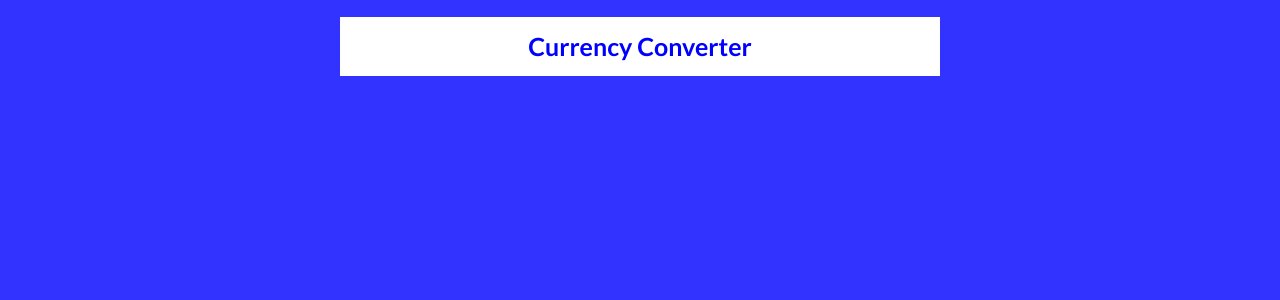
Repository: kkasperczyk/currency-converter
Page: index.html
An editor plug-in stored every save of this project. The page is shown before and after a run of saves, followed by the edit.
The browser window is 1280 px wide. The pictures show the whole page.

Above is the page before, as saved 2020-06-15 21:57:57.

After the next 4 saves:
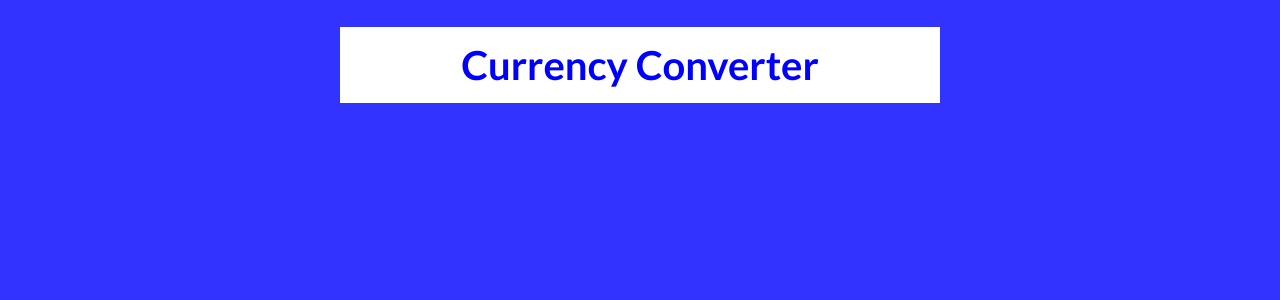
The 4 saves are shown as one change because they came seconds apart.
The last was saved 15 s later.
--- a/css/header.css
+++ b/css/header.css
@@ -5,5 +5,5 @@
 .header__title {
     color: hsl(240, 100%, 50%);
     padding: 15px;
-    font-size: 25px;
+    font-size: 40px;
 }
